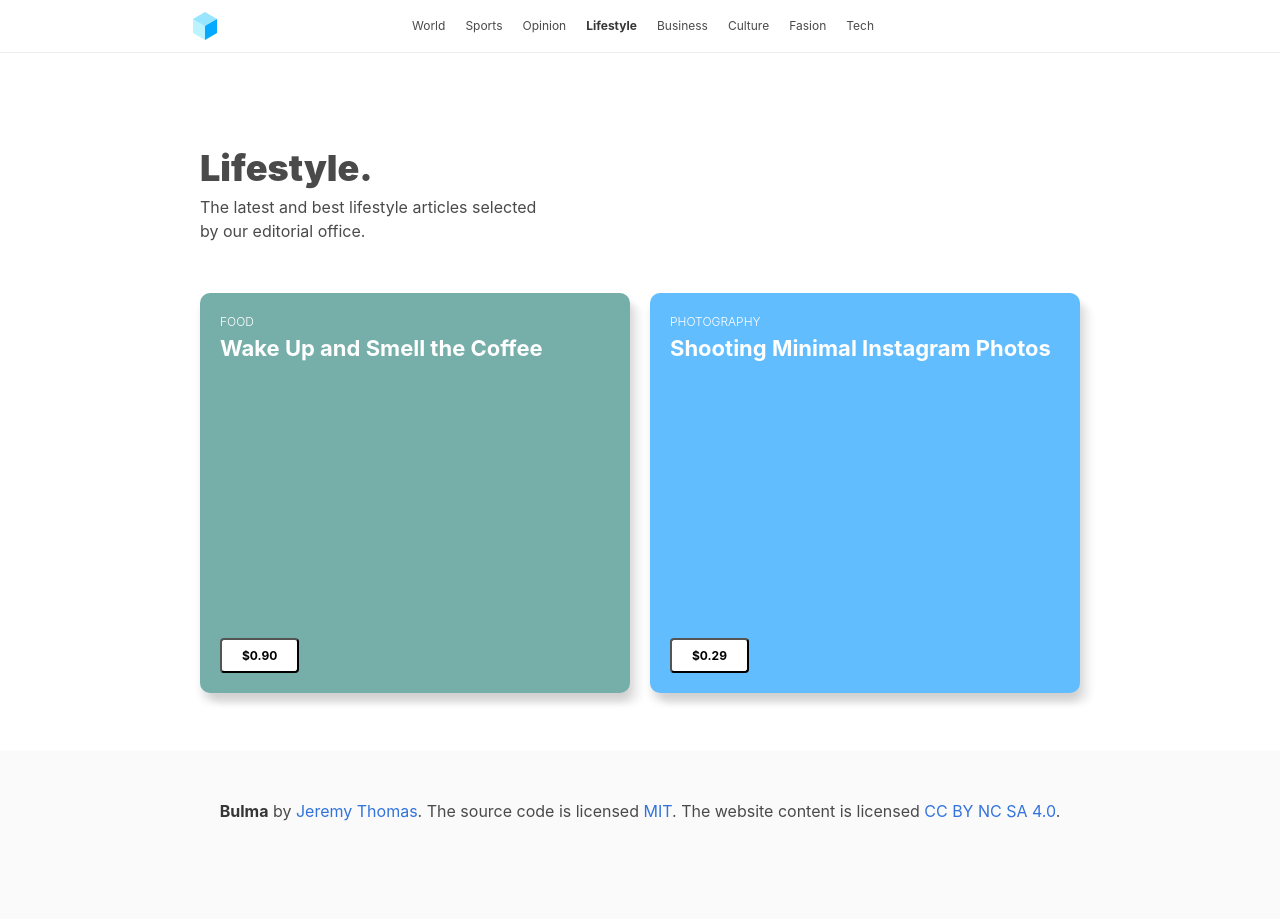
Repository: DOODpls/js_ass1
Page: index.html
These files come from the project's save history. The page is drawn as it stood at one moment and after the next save; the edit follows.
The browser window is 1280 px wide. The pictures show the whole page.

Above is the page before, as saved 2019-11-22 19:07:48.

### index.html
<!DOCTYPE html>
<html>
<head>
    <title></title>
    <link rel="stylesheet" href="https://cdnjs.cloudflare.com/ajax/libs/bulma/0.7.5/css/bulma.min.css" integrity="sha256-vK3UTo/8wHbaUn+dTQD0X6dzidqc5l7gczvH+Bnowwk=" crossorigin="anonymous" />
    <link rel="stylesheet" type="text/css" href="./styles.css">
</head>
<body>

    <nav class="navbar">
        <div class="container">
            <div class="logo"></div>
            <ul>
                <li>World</li>
                <li>Sports</li>
                <li>Opinion</li>
                <li><strong>Lifestyle</strong></li>
                <li>Business</li>
                <li>Culture</li>
                <li>Fasion</li>
                <li>Tech</li>
            </ul>
            <span class="icon">
              <i class="ion-ionic" style='color: black; background: black;'></i>
            </span>
        </div>
    </nav>

    <section class="section">
        <div class="container">
            <div style='margin: 40px 10px 40px'>
                <h1>Lifestyle.</h1>
                <p>The latest and best lifestyle articles selected<br/>
                    by our editorial office.
                </p>
            </div>
        </div>
        <div class="container">
            <div class='card-row' id='content'></div>
        </div>
    </section>

    <footer class="footer">
        <div class="content has-text-centered">
            <p>
                <strong>Bulma</strong> by <a href="https://jgthms.com">Jeremy Thomas</a>. The source code is licensed
                <a href="http://opensource.org/licenses/mit-license.php">MIT</a>. The website content
                is licensed <a href="http://creativecommons.org/licenses/by-nc-sa/4.0/">CC BY NC SA 4.0</a>.
            </p>
        </div>
    </footer>

    <script type="text/javascript" src='./app.js'></script>
</body>
</html>

### styles.css
/* - - - - - - - - - - - - - - - - - - - - - - - - - - - - - -
GENERAL
- - - - - - - - - - - - - - - - - - - - - - - - - - - - - - */
h1 {
    font-size: 36px;
    font-weight: 900;
}

.container {
    max-width: 900px;
}

/* - - - - - - - - - - - - - - - - - - - - - - - - - - - - - -
NAV
- - - - - - - - - - - - - - - - - - - - - - - - - - - - - - */
nav {
    border-bottom: 1px solid #ededed;
}

.navbar > .container {
    display: flex;
    align-items: center;
    justify-content: space-between;
}

nav .container ul {
    display: flex;
}

nav .container ul li {
    margin: 0 10px;
    font-size: 12px;
}

.logo {
    background: url('./img/logo.svg');
    background-size: 24px;
    background-position: center;
    background-repeat: no-repeat;

    height: 30px;
    width: 30px;
}

@media (max-width: 600px) {
    nav .container {
        padding: 0 30px;
    }

    nav .container ul {
        display: none;
    }
}

/* TILES */
.card-row {
    display: flex;
    flex-wrap: wrap;
}

.card {
    height: 280px;
    border-radius: 10px;
    background: rgba(23, 35, 50, 1);
    flex: 1 230px;
    margin: 10px;
    padding: 20px;
    position: relative;
    box-shadow: 2px 8px 9px 0px rgba(0, 0, 0, 0.14),
        11px 11px 6px rgba(0, 0, 0, 0.05);
}

.card .buy-button {
    position: absolute;
    bottom: 20px;
    left: 20px;
    background: white;
    color: black;
    border-radius: 4px;
    padding: 8px 20px;
    font-size: 12px;
    font-weight: 700;
}

.card .topic {
    color: white;
    font-weight: 300;
    font-size: 12px;
    text-transform: uppercase;
    margin-bottom: 5px;
}
.card .title {
    color: white;
    font-weight: 700;
    font-size: 22px;
}

### app.js
const green = 'rgba(118,174, 170, 1)'
const black = 'rgba(23,35, 50, 1)'
const brown = 'rgba(205,164, 133, 1)'
const greenblue = 'rgba(62,171, 201, 1)'
const pink = 'rgba(254,156, 161, 1)'
const blue = 'rgba(98,189, 254, 1)'

const data = [
    {
        topic: 'Food',
        title: 'Wake Up and Smell the Coffee',
        price: '$0.90',
        color: green
    },
    {
        topic: 'Architecture',
        title: 'The Brand New NASA Office',
        price: '$0.19',
        color: black
    },
    {
        topic: 'Travel',
        title: 'Experience the Saharan Sands',
        price: '$2.29',
        color: brown
    },
    {
        topic: 'Interior',
        title: '9 Air-Cleaning Plants Your Home Needs',
        price: '$0.09',
        color: greenblue
    },
    {
        topic: 'Food',
        title: 'One Month Sugar Detox',
        price: '$0.99',
        color: pink
    },
    {
        topic: 'Photography',
        title: 'Shooting Minimal Instagram Photos',
        price: '$0.29',
        color: blue
    }
]

// Instructions
// Take the data above and display it as tiles on the page
        //tried to do sort, but i suck
        // const button1 = document.querySelector('body section .container')
        // const btn1 = document.createElement('button')
        // btn1.className= 'buy-button'
        // btn1.id = "butt1"
        // button1.appendChild(btn1)

        // function sort1(){
        //     data.sort((a, b) => (a.topic > b.topic) ? 1 : -1)
        // }

        // const button2 = document.querySelector('#butt1')
        // button2.addEventListener('click', function(event) {
        //     sort1()
        // })

    for(i=0; i<data.length; i++){
        let heig
        if(i == 0){
            heig = '400px'
        } else if(i = 5) {
          heig = '400px'
        }

        const tilers = document.querySelector('#content')
        const divr = document.createElement('div')
        divr.className= 'card'
        divr.style.backgroundColor = data[i].color
        divr.style.height = heig
        divr.id = 'divtile'+ i
        tilers.appendChild(divr)

        const p1 = document.querySelector('#divtile'+i)
        const pr1 = document.createElement('p')
        pr1.textContent = data[i].topic
        pr1.className= 'topic'
        p1.appendChild(pr1)

        const p2 = document.querySelector('#divtile'+i)
        const pr2 = document.createElement('p')
        pr2.textContent = data[i].title
        pr2.className= 'title'
        p2.appendChild(pr2)

        const btn1 = document.querySelector('#divtile'+i)
        const btr2 = document.createElement('button')
        btr2.textContent = data[i].price
        btr2.className= 'buy-button'
        btn1.appendChild(btr2)
    }

    // data.forEach(function(item)
    // {
    //     const tilers = document.querySelector('#content')
    //     const divr = document.createElement('div')
    //     divr.className = 'card'
    //     divr.style.backgroundColor = item.color
    //     tilers.appendChild(divr)

    //     const pr1 = document.createElement('p')
    //     pr1.textContent = item.topic
    //     pr1.className= 'topic'
    //     divr.appendChild(pr1)

    //     const pr2 = document.createElement('p')
    //     pr2.textContent = item.title
    //     pr2.className= 'title'
    //     divr.appendChild(pr2)

    //     const btr2 = document.createElement('button')
    //     btr2.textContent = item.price
    //     btr2.className= 'buy-button'
    //     divr.appendChild(btr2)
    // })


    //this one also works lolllll
    // data.forEach(function(items)
    // {
    // //   document.getElementById('content').innerHTML += '<div class="card" style="background-color:'+items.color+'"><p class="topic">'+items.topic+'</p><p class="title">'+items.title+'</p><button class="buy-button">'+items.price+'</button></div>';
    // })

After the next save:
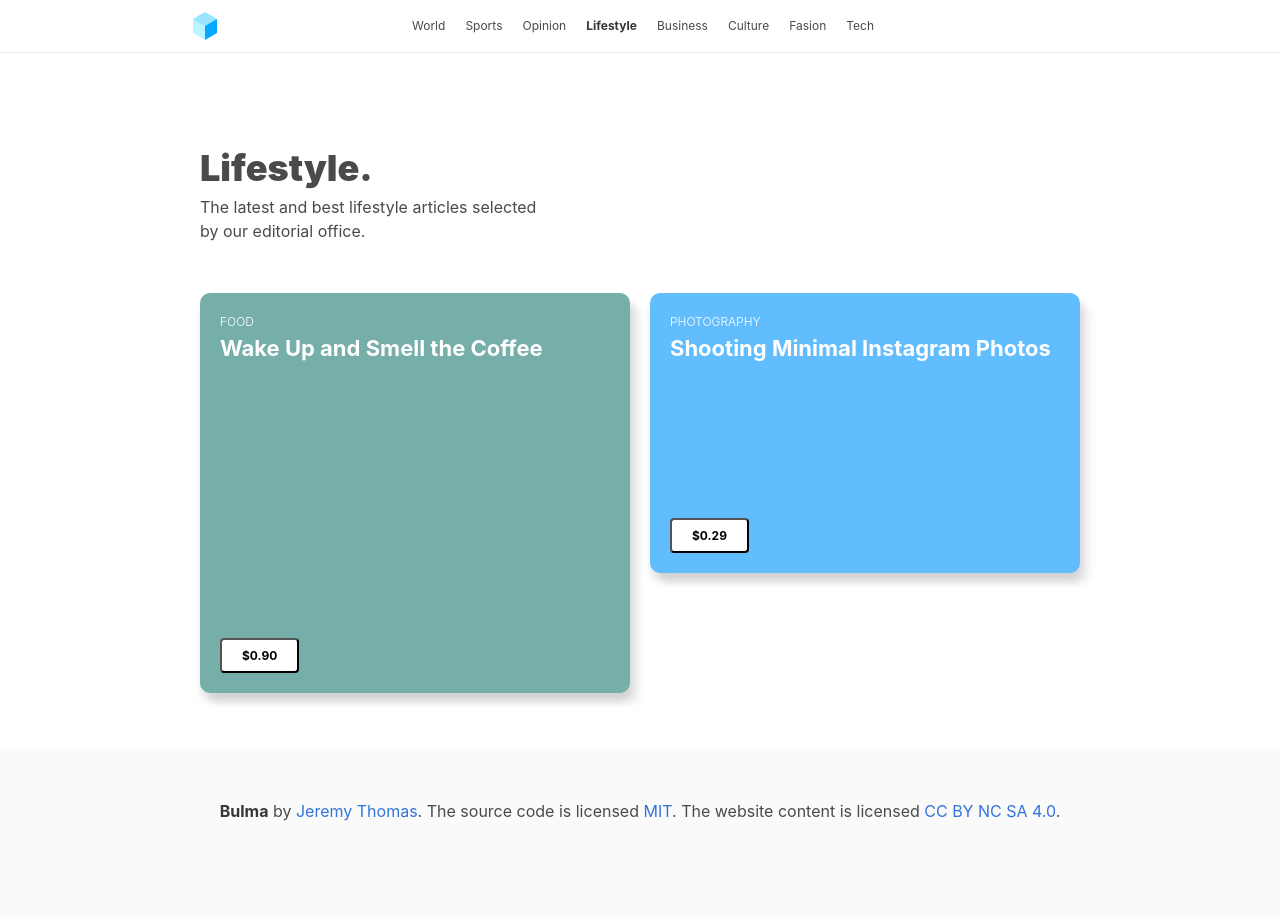
Saved 6 s later.
--- a/app.js
+++ b/app.js
@@ -67,7 +67,7 @@ const data = [
         if(i == 0){
             heig = '400px'
         } else if(i = 5) {
-          heig = '400px'
+          heig = '280px'
         }
 
         const tilers = document.querySelector('#content')
